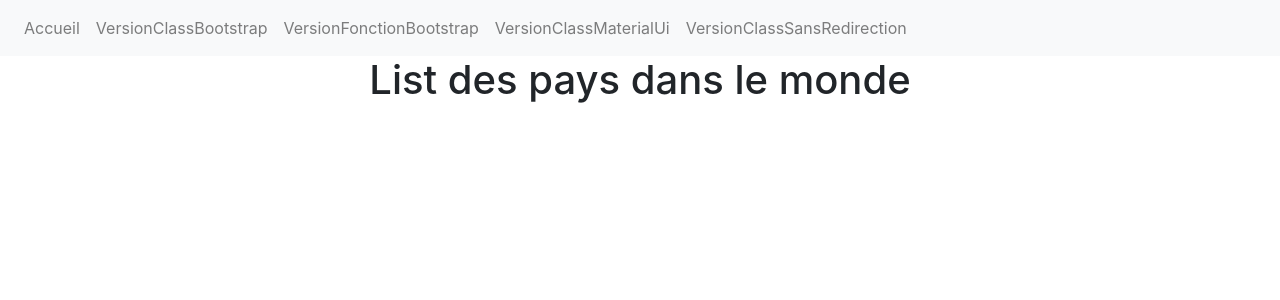
Repository: LudovicB21/CountryTest
Page: /VersionClassMaterialUi
The author's editor kept a copy of each file at every save. The page is drawn from the files as they stood at one save, then again after the next save.
The browser window is 1280 px wide. The pictures show the whole page.
The page's requests for data from a server got no answer. The project was rebuilt for these pictures with package versions that can differ from the ones it lists, and the page was loaded fresh each time. No one was signed in, and anything a server would have sent is missing. Also part of the build but not shown: src/components/VersionClassBootstrap/ListPays.components.js, src/components/VersionFonctionBoostrap/ListPays.components.js, src/components/VersionSansRedirection/ListPays.component.js, src/components/Accueil.js, src/components/VersionClassBootstrap/InfoPays.components.js, src/components/VersionClassMaterialUi/InfoPays.components.js, src/components/VersionFonctionBoostrap/InfoPays.components.js.

Above is the page before, as saved 2020-10-29 11:41:08.

### public/index.html
<!DOCTYPE html>
<html lang="en">
  <head>
    <meta charset="utf-8" />
    <link rel="icon" href="%PUBLIC_URL%/favicon.ico" />
    <link rel="stylesheet" href="https://cdn.jsdelivr.net/npm/bootstrap@4.5.3/dist/css/bootstrap.min.css" integrity="sha384-TX8t27EcRE3e/ihU7zmQxVncDAy5uIKz4rEkgIXeMed4M0jlfIDPvg6uqKI2xXr2" crossorigin="anonymous">
    <meta name="viewport" content="width=device-width, initial-scale=1" />
    <meta name="theme-color" content="#000000" />
    <meta
      name="description"
      content="Web site created using create-react-app"
    />
    <link rel="apple-touch-icon" href="%PUBLIC_URL%/logo192.png" />
    <!--
      manifest.json provides metadata used when your web app is installed on a
      user's mobile device or desktop. See https://developers.google.com/web/fundamentals/web-app-manifest/
    -->
    <link rel="manifest" href="%PUBLIC_URL%/manifest.json" />
    <link
      rel="stylesheet"
      href="https://maxcdn.bootstrapcdn.com/bootstrap/4.5.0/css/bootstrap.min.css"
      integrity="sha384-9aIt2nRpC12Uk9gS9baDl411NQApFmC26EwAOH8WgZl5MYYxFfc+NcPb1dKGj7Sk"
      crossorigin="anonymous"
    />
    <link rel="stylesheet" href="https://cdn.jsdelivr.net/npm/bootstrap@4.5.3/dist/css/bootstrap.min.css" integrity="sha384-TX8t27EcRE3e/ihU7zmQxVncDAy5uIKz4rEkgIXeMed4M0jlfIDPvg6uqKI2xXr2" crossorigin="anonymous">

    <!--
      Notice the use of %PUBLIC_URL% in the tags above.
      It will be replaced with the URL of the `public` folder during the build.
      Only files inside the `public` folder can be referenced from the HTML.

      Unlike "/favicon.ico" or "favicon.ico", "%PUBLIC_URL%/favicon.ico" will
      work correctly both with client-side routing and a non-root public URL.
      Learn how to configure a non-root public URL by running `npm run build`.
    -->
    <title>React App</title>
  </head>
  <body>
    <noscript>You need to enable JavaScript to run this app.</noscript>
    <div id="root"></div>
    <!--
      This HTML file is a template.
      If you open it directly in the browser, you will see an empty page.

      You can add webfonts, meta tags, or analytics to this file.
      The build step will place the bundled scripts into the <body> tag.

      To begin the development, run `npm start` or `yarn start`.
      To create a production bundle, use `npm run build` or `yarn build`.
    -->
  </body>
</html>

### src/App.js
import React from 'react';
import './App.css';
import ListPays from "./components/VersionClassBootstrap/ListPays.components"
import ListPaysMaterial from "./components/VersionClassMaterialUi/ListPays.components"
import ListPaysFonction from "./components/VersionFonctionBoostrap/ListPays.components"
import ListPaysSansRedirection from "./components/VersionSansRedirection/ListPays.component"
import Accueil from "./components/Accueil"
import { BrowserRouter as Router, Route, Switch} from 'react-router-dom'
import InfoPays from "./components/VersionClassBootstrap/InfoPays.components"
import InfosPaysMaterial from "./components/VersionClassMaterialUi/InfoPays.components"
import InfoPaysFonction from "./components/VersionFonctionBoostrap/InfoPays.components"
import Nav from "./components/Navigation"
function App() {
  return (
    <div className="App">
        <Router>
          <Nav />
          <Switch>
            <Route path="/"  exact component={Accueil} />
            <Route path="/VersionClassBootstrap" exact component={ListPays} />
            <Route path="/VersionFonctionBoostrap" exact component={ListPaysFonction} />
            <Route path="/VersionClassMaterialUi" exact component={ListPaysMaterial} />
            <Route path="/VersionSansRedirection" exact component={ListPaysSansRedirection} />
            <Route path="/VersionClassMaterialUi/:id" component={InfosPaysMaterial} />
            <Route path="/VersionClassBootstrap/:id"  component={InfoPays }/>
            <Route path="/VersionFonctionBoostrap/:id" component={InfoPaysFonction} />
          </Switch>
        </Router>
    </div>
  );
}

export default App;

### src/components/VersionClassMaterialUi/ListPays.components.js
import React, { Component } from 'react'
import {Link} from 'react-router-dom'

class Pays extends Component{
  state = {
    items: []
  }

  componentDidMount(){
    fetch(
      "https://restcountries.eu/rest/v2/all"
    )
    .then(response => response.json())
    .then(responseJson => {
      this.setState({items: responseJson})
    })
  }

  render(){
    return(
      <div className="container">
        <h1>List des pays dans le monde </h1>
          <ul className="list-group">
            {this.state.items.map(pays => {
              return (<Link to={{pathname: `/VersionClassBootstrap/${pays.name}`, query: {pays}}}>
                <li key={pays.alpha3Code} className="list-group-item">
                  {pays.name} <img src={pays.flag} style={{width: "50px", height: "50px"}} alt="drapeau" />
                </li>
              </Link>
            )})}
          </ul>
      </div>
    )
  }


}


export default Pays

### src/components/Navigation.js
import React, { Component } from 'react';
import { Link } from 'react-router-dom';

class Navigation extends Component {
    render() {
        return (
            <nav className="navbar navbar-expand-lg navbar-light bg-light">
            <button className="navbar-toggler" type="button" data-toggle="collapse" data-target="#navbarNav" aria-controls="navbarNav" aria-expanded="false" aria-label="Toggle navigation">
                <span className="navbar-toggler-icon"></span>
            </button>
            <div className="collapse navbar-collapse" id="navbarNav">
                <ul className="navbar-nav">
                    <Link to="/">
                        <li className="nav-item">
                            <a className="nav-link">Accueil</a>
                        </li>
                    </Link>
                    <Link to="/VersionClassBootstrap">
                        <li className="nav-item">
                            <a className="nav-link">VersionClassBootstrap</a>
                        </li>
                    </Link>
                    <Link to="/VersionFonctionBoostrap">
                        <li className="nav-item">
                            <a className="nav-link">VersionFonctionBootstrap</a>
                        </li>
                    </Link>
                    <Link to="/VersionClassMaterialUi">
                        <li className="nav-item">
                            <a className="nav-link">VersionClassMaterialUi</a>
                        </li>
                    </Link>
                    <Link to="/VersionClassMaterialUi">
                        <li className="nav-item">
                            <a className="nav-link">VersionClassSansRedirection</a>
                        </li>
                    </Link>
                </ul>
            </div>
            </nav>
        )
    }
}

export default Navigation

Loaded but not shown: src/index.js (common file); src/index.css (common file); src/serviceWorker.js (common file); src/App.css (common file)

After the next save:
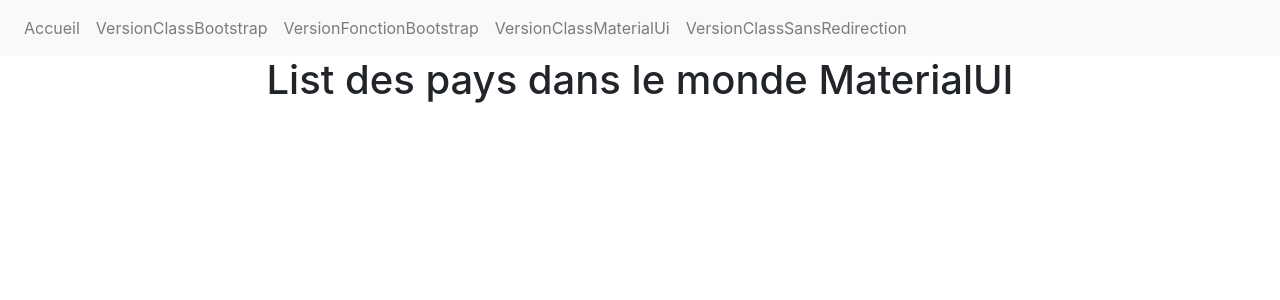
Saved 16 s later.
--- a/src/components/VersionClassMaterialUi/ListPays.components.js
+++ b/src/components/VersionClassMaterialUi/ListPays.components.js
@@ -19,7 +19,7 @@ class Pays extends Component{
   render(){
     return(
       <div className="container">
-        <h1>List des pays dans le monde </h1>
+        <h1>List des pays dans le monde MaterialUI </h1>
           <ul className="list-group">
             {this.state.items.map(pays => {
               return (<Link to={{pathname: `/VersionClassBootstrap/${pays.name}`, query: {pays}}}>
